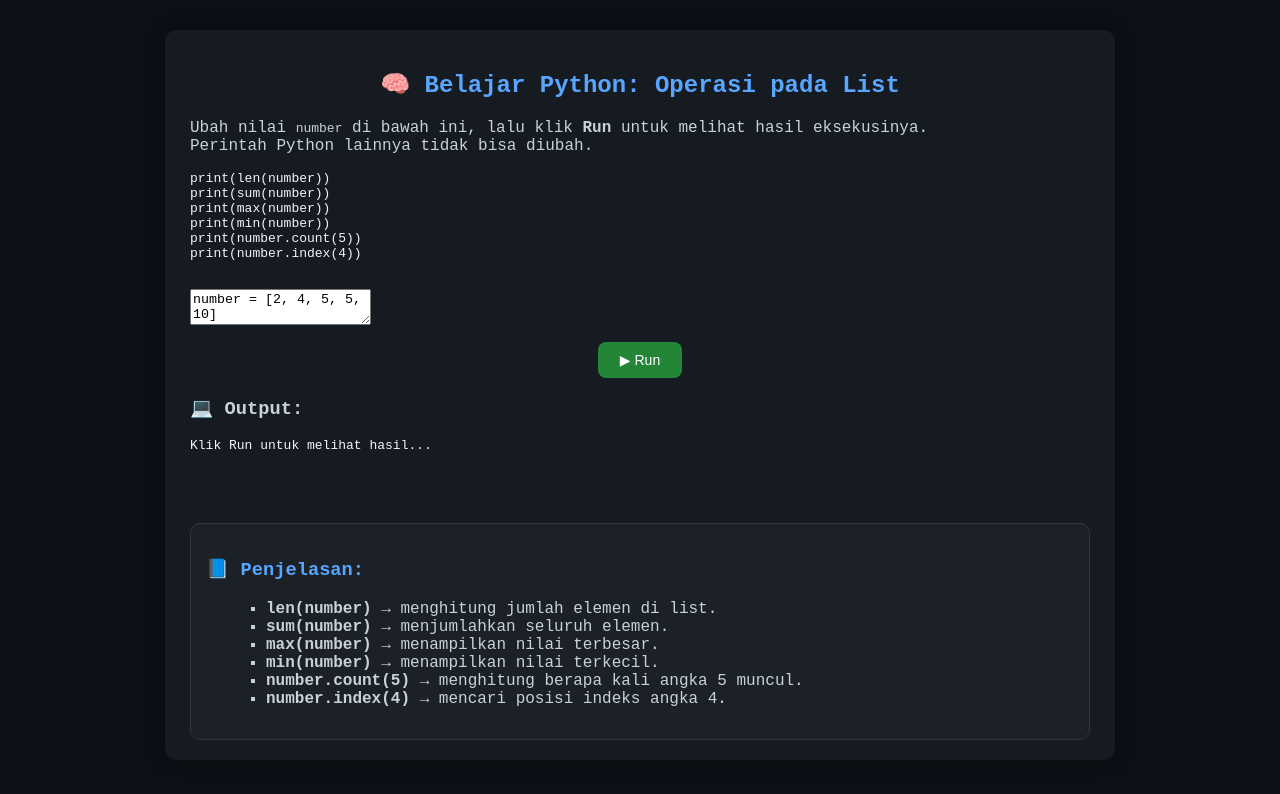
Repository: smkmutipugademak/Array
Page: index.html
These files come from the project's save history. The page is drawn as it stood at one moment and after the next save; the edit follows.
The browser window is 1280 px wide. The pictures show the whole page.

Above is the page before, as saved 2025-11-11 04:31:43.

### index.html
<!DOCTYPE html>
<html lang="id">

<head>
    <meta charset="UTF-8">
    <meta name="viewport" content="width=device-width, initial-scale=1.0">
    <title>Belajar Python List Interaktif</title>
    <link rel="stylesheet" href="style.css">
</head>

<body>
    <div class="container">
        <h2>🧠 Belajar Python: Operasi pada List</h2>
        <p class="desc">
            Ubah nilai <code>number</code> di bawah ini, lalu klik <b>Run</b> untuk melihat hasil eksekusinya.<br>
            Perintah Python lainnya tidak bisa diubah.
        </p>

        <div class="editor-box">
            <div class="readonly-code">
                <pre>
print(len(number))
print(sum(number))
print(max(number))
print(min(number))
print(number.count(5))
print(number.index(4))
                </pre>
            </div>
            <textarea id="editable" spellcheck="false">number = [2, 4, 5, 5, 10]</textarea>
        </div>

        <button id="runBtn">▶ Run</button>

        <div class="output-box">
            <h3>💻 Output:</h3>
            <pre id="output">Klik Run untuk melihat hasil...</pre>
        </div>

        <div class="explanation">
            <h3>📘 Penjelasan:</h3>
            <ul>
                <li><b>len(number)</b> → menghitung jumlah elemen di list.</li>
                <li><b>sum(number)</b> → menjumlahkan seluruh elemen.</li>
                <li><b>max(number)</b> → menampilkan nilai terbesar.</li>
                <li><b>min(number)</b> → menampilkan nilai terkecil.</li>
                <li><b>number.count(5)</b> → menghitung berapa kali angka 5 muncul.</li>
                <li><b>number.index(4)</b> → mencari posisi indeks angka 4.</li>
            </ul>
        </div>
    </div>

    <script src="script.js"></script>
</body>

</html>

### style.css
body {
    background-color: #0d1117;
    color: #c9d1d9;
    font-family: "Fira Code", monospace;
    display: flex;
    justify-content: center;
    align-items: flex-start;
    padding: 30px;
    margin: 0;
}

.container {
    background-color: #161b22;
    padding: 20px 25px;
    border-radius: 12px;
    width: 85%;
    max-width: 900px;
    box-shadow: 0 0 20px rgba(0, 0, 0, 0.5);
}

h2 {
    text-align: center;
    color: #58a6ff;
}

.subtitle {
    text-align: center;
    color: #8b949e;
    font-size: 14px;
    margin-bottom: 15px;
}

.editor-container textarea {
    width: 100%;
    height: 250px;
    background-color: #0d1117;
    color: #fff;
    border: 1px solid #30363d;
    border-radius: 8px;
    padding: 10px;
    resize: none;
    font-size: 14px;
    line-height: 1.4em;
}

button {
    margin-top: 12px;
    padding: 10px 22px;
    border: none;
    background-color: #238636;
    color: white;
    border-radius: 8px;
    cursor: pointer;
    font-size: 14px;
    transition: background 0.3s;
    display: block;
    margin-left: auto;
    margin-right: auto;
}

button:hover {
    background-color: #2ea043;
}

.output-container {
    margin-top: 20px;
    background-color: #0d1117;
    border: 1px solid #30363d;
    border-radius: 8px;
    padding: 10px;
}

pre {
    color: #f0f6fc;
    white-space: pre-wrap;
    min-height: 60px;
}

.explanation {
    margin-top: 25px;
    background-color: #1c2128;
    border: 1px solid #30363d;
    border-radius: 10px;
    padding: 15px;
}

.explanation h3 {
    color: #58a6ff;
}

.explanation ul {
    list-style: square;
    margin-left: 20px;
}

.explanation code {
    color: #79c0ff;
    background: #0d1117;
    padding: 2px 5px;
    border-radius: 5px;
}

### script.js
function outf(text) {
    const outputArea = document.getElementById("output");
    outputArea.innerHTML += text + "\n";
}

function builtinRead(x) {
    if (Sk.builtinFiles === undefined || Sk.builtinFiles["files"][x] === undefined)
        throw "File not found: '" + x + "'";
    return Sk.builtinFiles["files"][x];
}

document.getElementById("runBtn").addEventListener("click", () => {
    const prog = document.getElementById("editor").value;
    const outputArea = document.getElementById("output");
    outputArea.innerHTML = "";

    Sk.configure({ output: outf, read: builtinRead });
    const promise = Sk.misceval.asyncToPromise(() =>
        Sk.importMainWithBody("<stdin>", false, prog, true)
    );

    promise.then(
        () => outf("\n✅ Program selesai tanpa error."),
        (err) => outf("\n❌ Error: " + err.toString())
    );
});

After the next save:
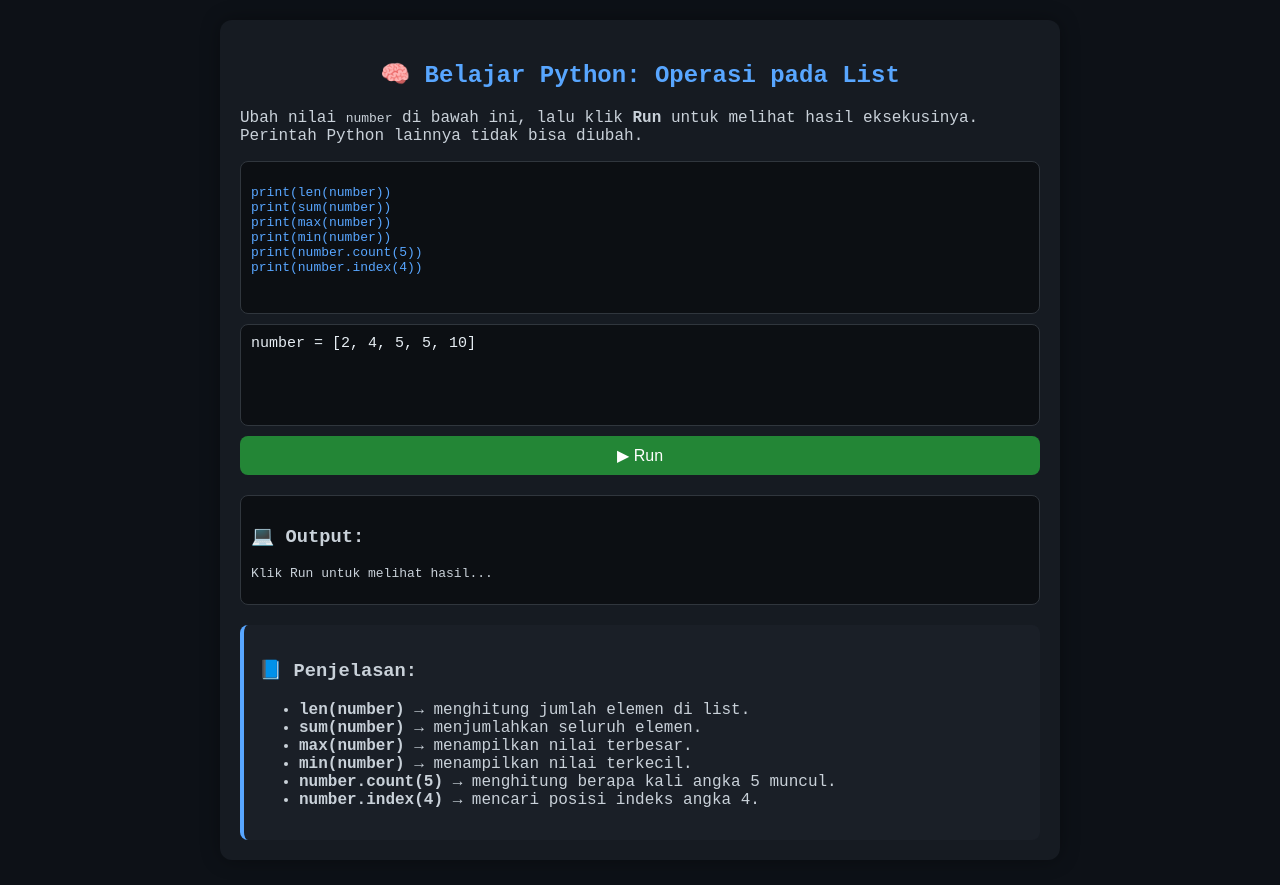
Saved 6 s later.
--- a/style.css
+++ b/style.css
@@ -1,21 +1,18 @@
 body {
     background-color: #0d1117;
     color: #c9d1d9;
-    font-family: "Fira Code", monospace;
-    display: flex;
-    justify-content: center;
-    align-items: flex-start;
-    padding: 30px;
+    font-family: 'Fira Code', monospace;
     margin: 0;
+    padding: 20px;
 }
 
 .container {
-    background-color: #161b22;
-    padding: 20px 25px;
+    max-width: 800px;
+    margin: auto;
+    background: #161b22;
+    padding: 20px;
     border-radius: 12px;
-    width: 85%;
-    max-width: 900px;
-    box-shadow: 0 0 20px rgba(0, 0, 0, 0.5);
+    box-shadow: 0 0 20px #00000055;
 }
 
 h2 {
@@ -23,79 +20,63 @@ h2 {
     color: #58a6ff;
 }
 
-.subtitle {
-    text-align: center;
-    color: #8b949e;
-    font-size: 14px;
-    margin-bottom: 15px;
+.editor-box {
+    display: flex;
+    flex-direction: column;
+    gap: 10px;
+    margin-top: 15px;
 }
 
-.editor-container textarea {
-    width: 100%;
-    height: 250px;
-    background-color: #0d1117;
-    color: #fff;
+.readonly-code {
+    background: #0c0f13;
+    padding: 10px;
+    border-radius: 8px;
+    border: 1px solid #30363d;
+    color: #58a6ff;
+}
+
+textarea {
+    background: #0c0f13;
+    color: #e6edf3;
     border: 1px solid #30363d;
     border-radius: 8px;
     padding: 10px;
+    height: 80px;
     resize: none;
-    font-size: 14px;
-    line-height: 1.4em;
+    font-family: 'Fira Code', monospace;
+    font-size: 15px;
 }
 
 button {
-    margin-top: 12px;
-    padding: 10px 22px;
+    display: block;
+    width: 100%;
+    background: #238636;
+    color: white;
     border: none;
-    background-color: #238636;
-    color: white;
+    padding: 10px;
     border-radius: 8px;
+    font-size: 16px;
+    margin-top: 10px;
     cursor: pointer;
-    font-size: 14px;
-    transition: background 0.3s;
-    display: block;
-    margin-left: auto;
-    margin-right: auto;
+    transition: 0.3s;
 }
 
 button:hover {
-    background-color: #2ea043;
+    background: #2ea043;
 }
 
-.output-container {
-    margin-top: 20px;
-    background-color: #0d1117;
+.output-box {
+    background: #0c0f13;
     border: 1px solid #30363d;
     border-radius: 8px;
     padding: 10px;
-}
-
-pre {
-    color: #f0f6fc;
-    white-space: pre-wrap;
-    min-height: 60px;
+    margin-top: 20px;
 }
 
 .explanation {
-    margin-top: 25px;
-    background-color: #1c2128;
-    border: 1px solid #30363d;
-    border-radius: 10px;
+    background: #1a1f27;
     padding: 15px;
+    border-radius: 8px;
+    margin-top: 20px;
+    border-left: 4px solid #58a6ff;
 }
-
-.explanation h3 {
-    color: #58a6ff;
-}
-
-.explanation ul {
-    list-style: square;
-    margin-left: 20px;
-}
-
-.explanation code {
-    color: #79c0ff;
-    background: #0d1117;
-    padding: 2px 5px;
-    border-radius: 5px;
-}
